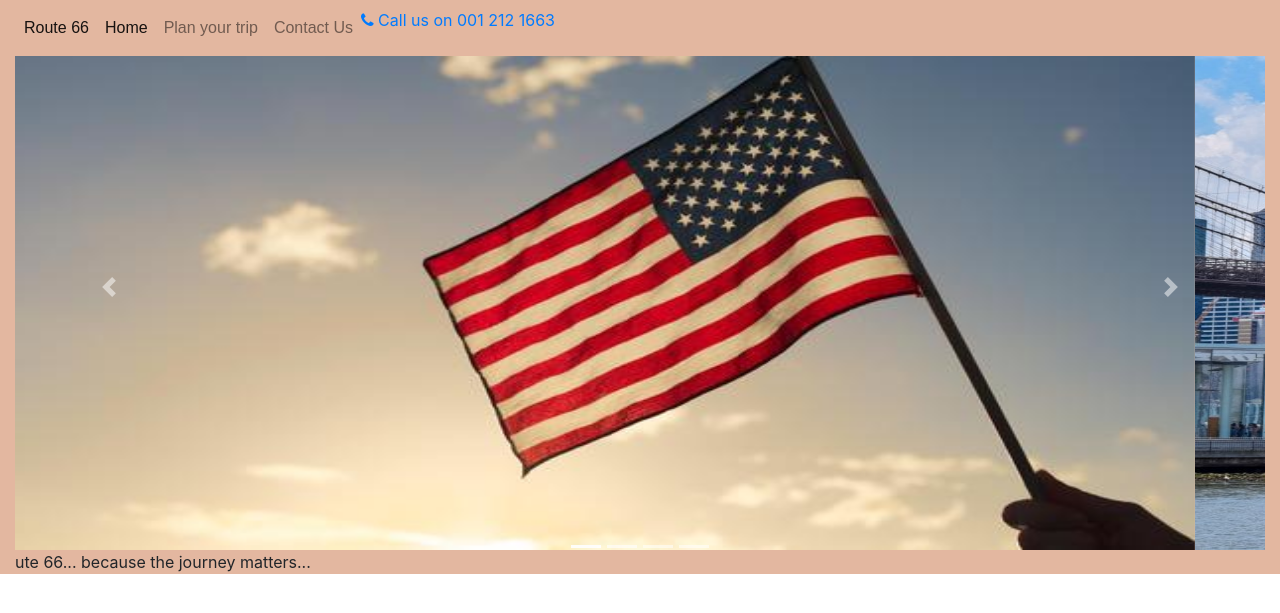
Repository: Code-Institute-Submissions/Javascript-milestone-project-2
Page: index.html
The author's editor kept a record of every edit. The page is drawn from the files as they stood at one moment, then again after the next edit.
The browser window is 1280 px wide. The pictures show the whole page.
Some web fonts or font styles are not loaded; a fallback is used. Some web libraries are served in a nearby version.

Above is the page before.

### index.html
<!DOCTYPE html>
<html lang="en">

<head>
    <meta charset="UTF-8">
    <meta name="viewport" content="width=device-width, initial-scale=1.0">
    <meta http-equiv="X-UA-Compatible" content="ie=edge">
    <link rel="stylesheet" href="https://stackpath.bootstrapcdn.com/bootstrap/4.3.1/css/bootstrap.min.css" type="text/css" />
    <link rel="stylesheet" href="https://cdnjs.cloudflare.com/ajax/libs/hover.css/2.3.1/css/hover-min.css" type="text/css" />
    <link rel="stylesheet" href="https://stackpath.bootstrapcdn.com/font-awesome/4.7.0/css/font-awesome.min.css" type="text/css" />
    <link href="https://fonts.googleapis.com/css?family=Dosis&display=swap" rel="stylesheet">
    <link href="https://fonts.googleapis.com/css?family=Philosopher|Yeon+Sung|ZCOOL+XiaoWei&display=swap" rel="stylesheet">
    <link rel="stylesheet" href="css/style.css" type="text/css" />
    <title>Travel Route 66</title>
</head>

<body>

    <header>
        <nav class="navbar navbar-expand-lg navbar-light">
            <button class="navbar-toggler" type="button" data-toggle="collapse" data-target="#navbarNav" aria-controls="navbarNav" aria-expanded="false" aria-label="Toggle navigation">
    <span class="navbar-toggler-icon"></span>
  </button>
            <div class="collapse navbar-collapse" id="navbarNav">
                <ul class="navbar-nav">
                    <li class="nav-item active">
                        <a class="nav-link" href="#"><span>Route 66</span></a>
                    </li>
                    <li class="nav-item active">
                        <a class="nav-link" href="#"><span>Home</span></a>
                    </li>
                    <li class="nav-item">
                        <a class="nav-link" href="#"><span>Plan your trip</span></a>
                    </li>
                    <li class="nav-item">
                        <a class="nav-link" href="#"><span>Contact Us</span></a>
                    </li>
                    <li class="nav-item">
                        <a class="navlink" href="#"><span><i class="fa fa-phone"></i> Call us on 001 212 1663</span></a>
                    </li>
                </ul>
            </div>
        </nav>
  <div class="container-fluid">
      <div id="myCarousel" class="carousel slide" data-ride="carousel">
          <ul class="carousel-indicators">
              <li data-target="#myCarousel" data-slide-to="0" class="active"></li>
              <li data-target="#myCarousel" data-slide-to="1"></li>
              <li data-target="#myCarousel" data-slide-to="2"></li>
              <li data-target="#myCarousel" data-slide-to="3"></li>
          </ul>
          <div class="carousel-inner">
              <div class="carousel-item active">
                  <img src="images/slide1.jpg" alt="mainimage" width="100%" height="550">
                  <div class="title">Travel Route 66... because the journey matters...</div>
              </div>
              <div class="carousel-item">
                  <img src="images/slide2.jpg" alt="highway" width="100%" height="550">
              </div>
              <div class="carousel-item">
                  <img src="images/slide3.jpg" alt="sunsetcanyon" width="100%" height="550">
              </div>
              <div class="carousel-item">
                  <img src="images/slide4.jpg" alt="signontheroad" width="100%" height="550">
              </div>
              <a class="carousel-control-prev" href="#myCarousel" data-slide="prev">
      <span class="carousel-control-prev-icon"></span>
    </a>
              <a class="carousel-control-next" href="#myCarousel" data-slide="next">
      <span class="carousel-control-next-icon"></span>
    </a>
          </div>
      </div>
  </div>
  </div>

  </header>


    <script src="https://code.jquery.com/jquery-3.2.1.slim.min.js" integrity="sha384-KJ3o2DKtIkvYIK3UENzmM7KCkRr/rE9/Qpg6aAZGJwFDMVNA/GpGFF93hXpG5KkN" crossorigin="anonymous"></script>
    <script src="https://cdnjs.cloudflare.com/ajax/libs/popper.js/1.12.9/umd/popper.min.js" integrity="sha384-ApNbgh9B+Y1QKtv3Rn7W3mgPxhU9K/ScQsAP7hUibX39j7fakFPskvXusvfa0b4Q" crossorigin="anonymous"></script>
    <script src="https://maxcdn.bootstrapcdn.com/bootstrap/4.0.0/js/bootstrap.min.js" integrity="sha384-JZR6Spejh4U02d8jOt6vLEHfe/JQGiRRSQQxSfFWpi1MquVdAyjUar5+76PVCmYl" crossorigin="anonymous"></script>
</body>

</html>

### css/style.css

/* ---------------------------------------------------home.html */


.homeimage {
    width: 100%;
}

.centered {
  position: absolute;
  top: 40%;
  left: 50%;
  transform: translate(-50%, -100%);
  color: #f0f1f2;
  font-family: 'Poppins', sans-serif;
  font-size: 70px;
  background: rgba(0, 0, 0, 0);
  text-shadow: 2px 2px grey;
  text-align: center;

}

.centered2 {
   position: absolute;
  top: 60%;
  left: 50%;
  transform: translate(-50%, -100%);
  color: #f0f1f2;
  font-family: 'Poppins', sans-serif;
  font-size: 40px;
  background: rgba(0, 0, 0, 0);
  text-shadow: 2px 2px grey;
  text-align: center;
}

#homebutton {
    background-color: #FF7F50;
    text-align: center;
    margin-right: 40px;
    font-size: 20px;
    margin-top: 20px;
    border-radius: 30px;
}


/* ---------------------------------------------------navbar */


.navbar {
    margin: 0;
    border: 0;
    background-color: #e3b7a0;
    color: #003366;
    position: fixed;
    z-index: 10;
    width: 100%;

}

.nav-link {
     font-family: 'Poppins', sans-serif;
      color: #003366;
}



/* ---------------------------------------------------Image Carousel */

.carousel-inner img {
      width: 100%;
}

#myCarousel {
    margin: 0;
    padding: 0;
}

.carousel-item {
      position: relative;
      margin-right: -100%;
      width: 100%;
}

.carousel-caption {
     text-align: center;
     color: #FFc107;
     font-weight: 700;
     padding-bottom: 100px;
     margin-bottom: 30px;
}

.container-fluid {
    background-color: #e3b7a0;
}




/* ---------------------------------------------------Title across image carousel */









/* ---------------------------------------------------About Travel Route 66 section */








/* ---------------------------------------------------image cards that fade to text and paragraph of text below */









/* ---------------------------------------------------Reviews */










/* ---------------------------------------------------radio buttons and selections */










/* ---------------------------------------------------Google Map */







/* ---------------------------------------------------cards with package deals */








/* ---------------------------------------------------Footer */

After the next edit:
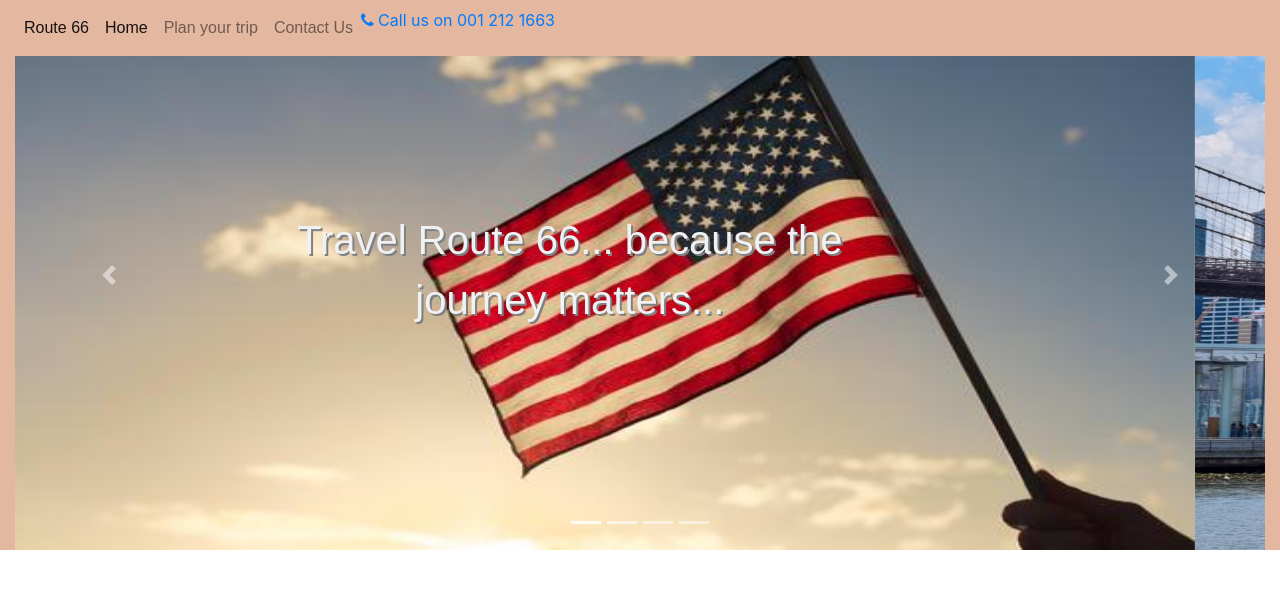
The edit:
--- a/css/style.css
+++ b/css/style.css
@@ -94,7 +94,18 @@
 }
 
 
-
+.title {
+   position: absolute;
+  top: 60%;
+  left: 50%;
+  transform: translate(-50%, -100%);
+  color: #f0f1f2;
+  font-family: 'Poppins', sans-serif;
+  font-size: 40px;
+  background: rgba(0, 0, 0, 0);
+  text-shadow: 2px 2px grey;
+  text-align: center;
+}
 
 /* ---------------------------------------------------Title across image carousel */
 
